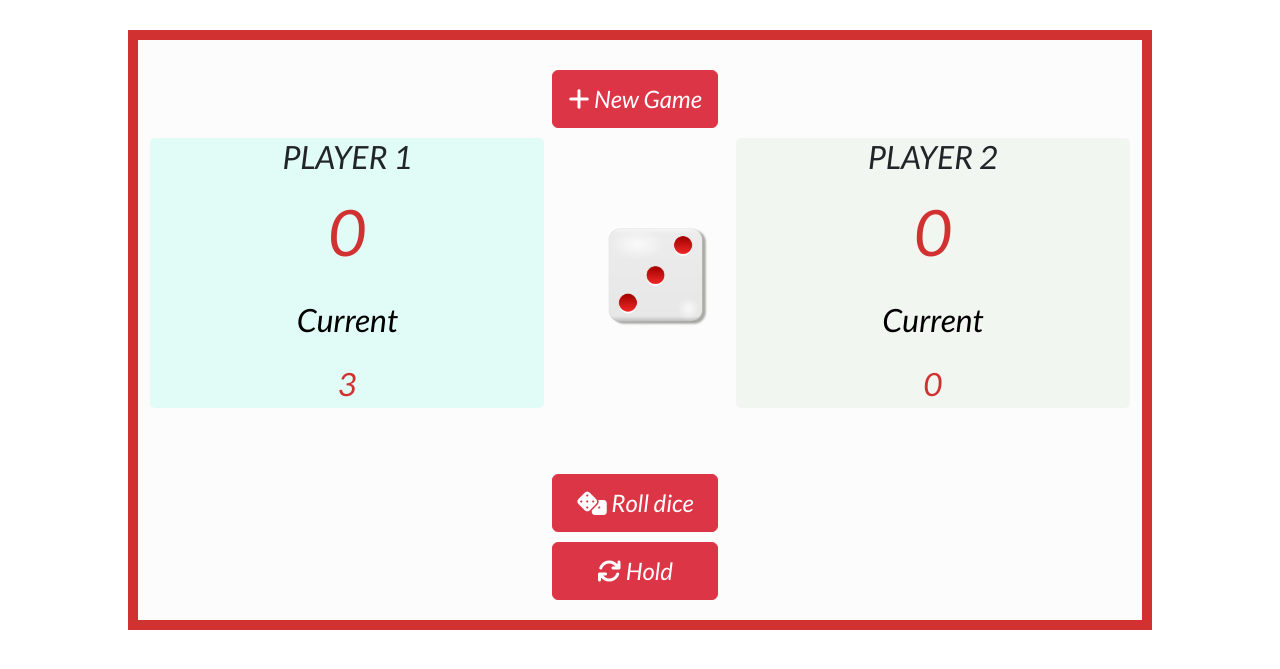
Repository: haifabilel/Eval_JAVASCRIPT
Page: index.html
The author's editor kept a copy of each file at every save. The page is drawn from the files as they stood at one save, then again after the next save.
The browser window is 1280 px wide. The pictures show the whole page.
After loading, the first visible `button.btn_roll` was clicked once.
Some web libraries are served in a nearby version.

Above is the page before, as saved 2023-06-03 23:50:02.

### index.html
<!DOCTYPE html>
<html lang="fr">
<head>
    <meta charset="UTF-8">
    <meta http-equiv="X-UA-Compatible" content="IE=edge">
    <meta name="viewport" content="width=device-width, initial-scale=1.0">
    <title>GameEval</title>
    <!-- Bootstrap -->
    <link href="https://cdn.jsdelivr.net/npm/bootstrap@5.3.0-alpha3/dist/css/bootstrap.min.css" rel="stylesheet" integrity="sha384-KK94CHFLLe+nY2dmCWGMq91rCGa5gtU4mk92HdvYe+M/SXH301p5ILy+dN9+nJOZ" crossorigin="anonymous">
    <!-- Bootstrap icons CSS -->
    <link rel="stylesheet" href="https://cdn.jsdelivr.net/npm/bootstrap-icons@1.6.1/font/bootstrap-icons.css">
    <!-- font awesome cdn link-->
    <link rel="stylesheet" href="https://cdnjs.cloudflare.com/ajax/libs/font-awesome/6.3.0/css/all.min.css" integrity="sha512-SzlrxWUlpfuzQ+pcUCosxcglQRNAq/DZjVsC0lE40xsADsfeQoEypE+enwcOiGjk/bSuGGKHEyjSoQ1zVisanQ==" crossorigin="anonymous" referrerpolicy="no-referrer">
    <!-- CSS Link -->
    <link rel="stylesheet" href="style.css">
</head>
<body>
    <div class="container-fluid" >
     <header>
         <button class="btn btn_newGame btn-danger"><i class="fa-solid fa-plus"></i> New Game</button>
    </header>
    <main>
        <div class="row">
            <!-- Player One  -->
            <div class="col-sm-5 mx-auto ">
                <section class="player player_0 player_active">
                    <h2 class="label" id="label_0">PLAYER 1</h2>
                    <p class="score" id="score_0" >0</p>
                    <div class="current">
                        <p class="current_label">Current</p>
                        <p class="current_score" id="current_0">0</p>
                    </div>
                </section>
            </div>
            <!-- Dice image -->
            <div class="col-sm-2 mx-auto">
                <img src="/asset/dice1.png" alt="imageDice" class="dice" style="width: 100px;">
            </div>
             <!-- Player Tow  -->
             <div class="col-sm-5 mx-auto">
                <section class="player player_1">
                    <h2 class="label" id="label_1">PLAYER 2</h2>
                    <p class="score" id="score_1">0</p>
                    <div class="current">
                        <p class="current_label">Current</p>
                        <p class="current_score" id="current_1">0</p>
                    </div>
                </section>
             </div>
        </div>
    </main>
    <!-- Button RollDice -->
    <div class="button_roll">
        <button class="btn btn_roll btn-danger"><i class="fa-solid fa-dice"></i> Roll dice</button>
    </div>
    <div class="button_hold">
        <button class="btn btn_hold btn-danger"><i class="fa-solid fa-arrows-rotate"></i> Hold</button>
    </div>
    </div>


    <script src="https://code.jquery.com/jquery-3.5.1.slim.min.js" integrity="sha384-DfXdz2htPH0lsSSs5nCTpuj/zy4C+OGpamoFVy38MVBnE+IbbVYUew+OrCXaRkfj" crossorigin="anonymous"></script>
    <script src="https://cdn.jsdelivr.net/npm/popper.js@1.16.0/dist/umd/popper.min.js" integrity="sha384-Q6E9RHvbIyZFJoft+2mJbHaEWldlvI9IOYy5n3zV9zzTtmI3UksdQRVvoxMfooAo" crossorigin="anonymous"></script>
    <script src="https://cdn.jsdelivr.net/npm/bootstrap@5.3.0-alpha3/dist/js/bootstrap.bundle.min.js" integrity="sha384-ENjdO4Dr2bkBIFxQpeoTz1HIcje39Wm4jDKdf19U8gI4ddQ3GYNS7NTKfAdVQSZe" crossorigin="anonymous"></script>
    <script src="script.js"></script>
</body>
</html>

### style.css
@import url('https://fonts.googleapis.com/css2?family=Lato:ital,wght@1,300;1,400;1,700&display=swap');
*{
    font-family: Lato;
}
.container-fluid{
    box-shadow:0.5rem 1 rem rgba(0,0,0,.5);
    background-color: #fdfcfc;
    width:80%;
    height: 600px;
    border: 10px solid  #d13131;
    margin-top: 30px;
}
.row{
    margin-top:80px;
}
/* Playerss */
.player_0 , .player_1{
    background-color:#f1f7f0;
    text-align:center;
    border-radius:5px;
    margin-top:-70px;
}
/* Current */
.current{

    width:30%;
    font-size:1.5rem;
    border-radius:5%;
    text-align:center;
    margin-left :35%;
    color:black;
    font-size:2rem;
}
/* Scors */
.score{
    color:#d13131;
    font-size:4rem;
}
.current_score{
    color:#d13131;
    font-size:2rem;
}
/* Buttons */
.btn_roll{
    margin-left:41%;
    margin-top:50px;
    width:17%;
    font-size:1.5rem;
    padding:10px;

}
.btn_hold{
    padding:10px;
    margin-left:41%;
    margin-top:10px;
    width:17%;
    font-size:1.5rem;

}
.btn_newGame{
    margin-top:30px;
    padding: 10px;
    margin-left:41%;
    width:17%;
    font-size:1.5rem;
}
/* Image Dice */
img{
    margin:20px 40px;
}
.hidden{
    display:none;
}
.player_winn{
    background:url(/asset/golden-winners-cup_1284-18399.avif);
    background-size: cover;
    background-position:center;


}
.player_winn1{
    background-color:rgba(126, 245, 225, 0.228);
}

### script.js
//Players
const playerOne = document.getElementById('player_0');
const playerTow = document.getElementById('player_1');
//Score
const score0 = document.getElementById('score_0');
const score1 = document.getElementById('score_1');
//Dice
const dice = document.querySelector('.dice');
//buttons
const buttonRoll = document.querySelector('.btn_roll');
const buttonHold = document.querySelector('.btn_hold');
const buttonNewGame = document.querySelector('.btn_newGame');
//Current
const current0 = document.getElementById('current_0');
const current1 = document.getElementById('current_1');

score0.textContent = 0 ;
score1.textContent = 0 ;
dice.classList.add("hidden");

let scores = [0 , 0]
let activePlayer = 0 ;
let currentScore = 0 ;

const switchPlayer = function(){
    document.getElementById(`current_${activePlayer}`).textContent = 0;
    activePlayer = activePlayer === 0 ? 1 : 0;
    currentScore = 0;
    playerOne.classList.toggle("player_active");
    playerTow.classList.toggle("player_active");
}
//buttonRoll
buttonRoll.addEventListener("click", function() {
    dice.classList.remove("hidden");


    //Generate number 1 to 6
    const diceRandom = Math.floor(Math.random() * 6) + 1;
    dice.src =`/asset/dice${diceRandom}.png`

//   Sound game
const audio = new Audio('/asset/programmation-web_de-2_asset_son.mp3');

const lanseSon = function() {
    audio.play()
}
audio.addEventListener('canplaythrough', lanseSon);

//Rolled
if(diceRandom !==1){
    currentScore += diceRandom;
    document.getElementById(`current_${activePlayer}`).textContent = currentScore;
    document.querySelector(`.player_${activePlayer}`).classList.add('player_winn1');

}else{
    //Switch Player
    switchPlayer();
}
});
//ButtonHold
buttonHold.addEventListener('click',function(){
    scores[activePlayer] += currentScore;
    document.getElementById(`score_${activePlayer}`).textContent = scores[activePlayer];


    if(scores[activePlayer] >=100){
        document.querySelector(`.player_${activePlayer}`).classList.add('player_winn');
        const audio = new Audio('/asset/tadaa-47995.mp3');

        const lanseSon1 = function() {
            audio.play()
        }
        audio.addEventListener('canplaythrough', lanseSon1);


    }else{
        switchPlayer();
    }
});
//  Button NewGame
buttonNewGame.addEventListener ('click',function(){
    document.location.reload()
 })

After the next save:
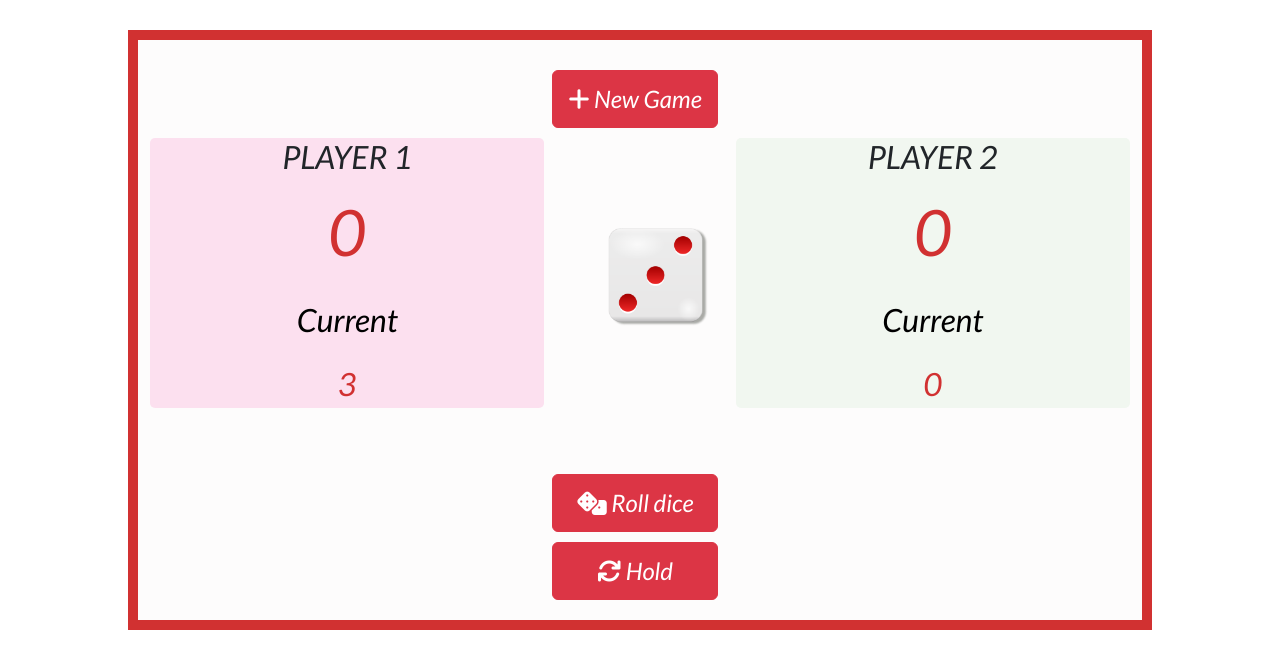
Saved 18 s later.
--- a/style.css
+++ b/style.css
@@ -79,5 +79,5 @@ img{
 
 }
 .player_winn1{
-    background-color:rgba(126, 245, 225, 0.228);
+    background-color:rgba(245, 126, 195, 0.228);
 }
